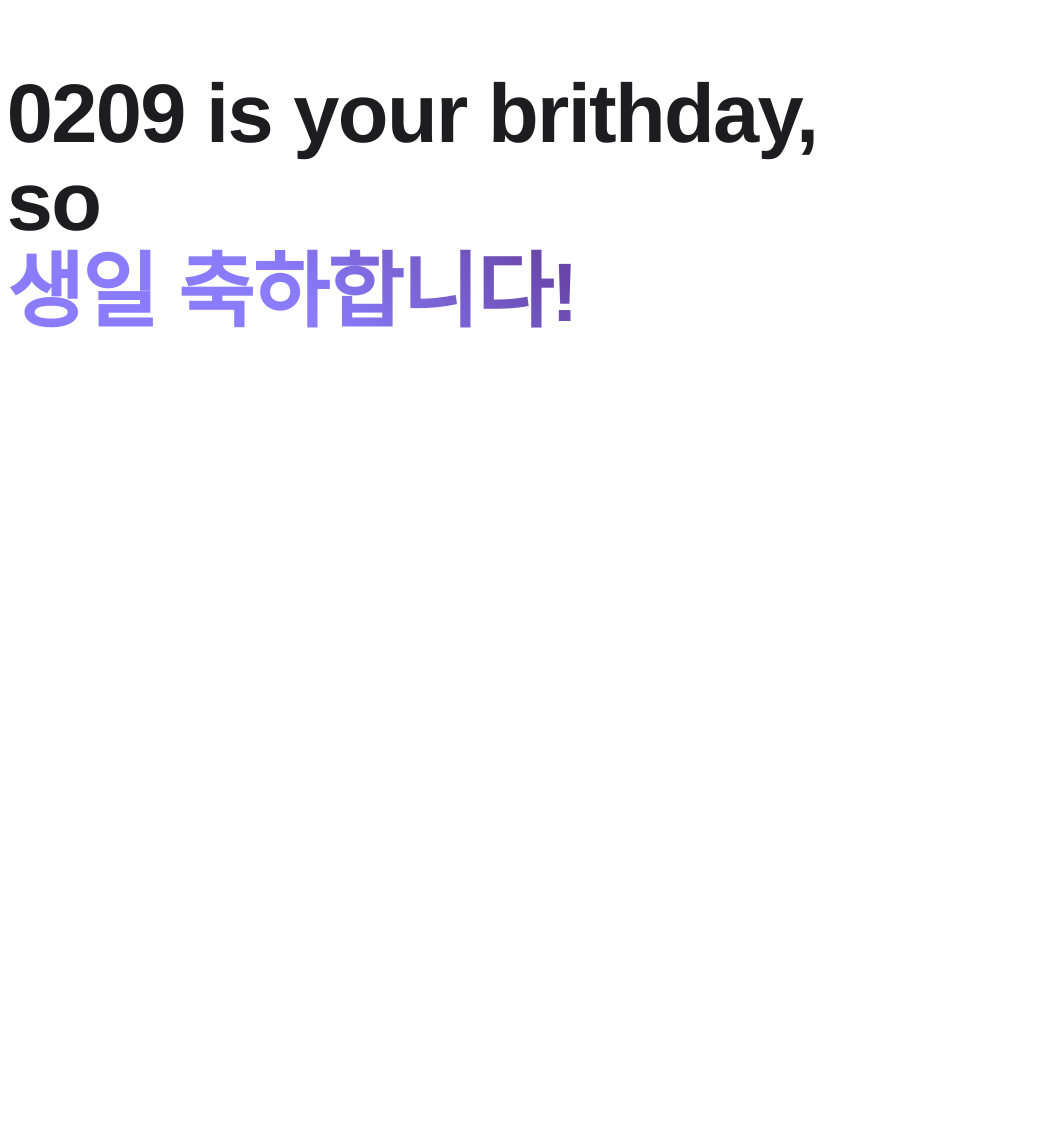
Repository: Caococos/02-09
Page: /
The author's editor kept a copy of each file at every save. The page is drawn from the files as they stood at one save, then again after the next save.
The browser window is 1280 px wide. The pictures show the whole page, at 83% of full size.
The project was rebuilt for these pictures with package versions that can differ from the ones it lists, and the page was loaded fresh each time. Also part of the build but not shown: vue.config.js.

Above is the page before, as saved 2021-06-11 22:41:17.

After the next save:
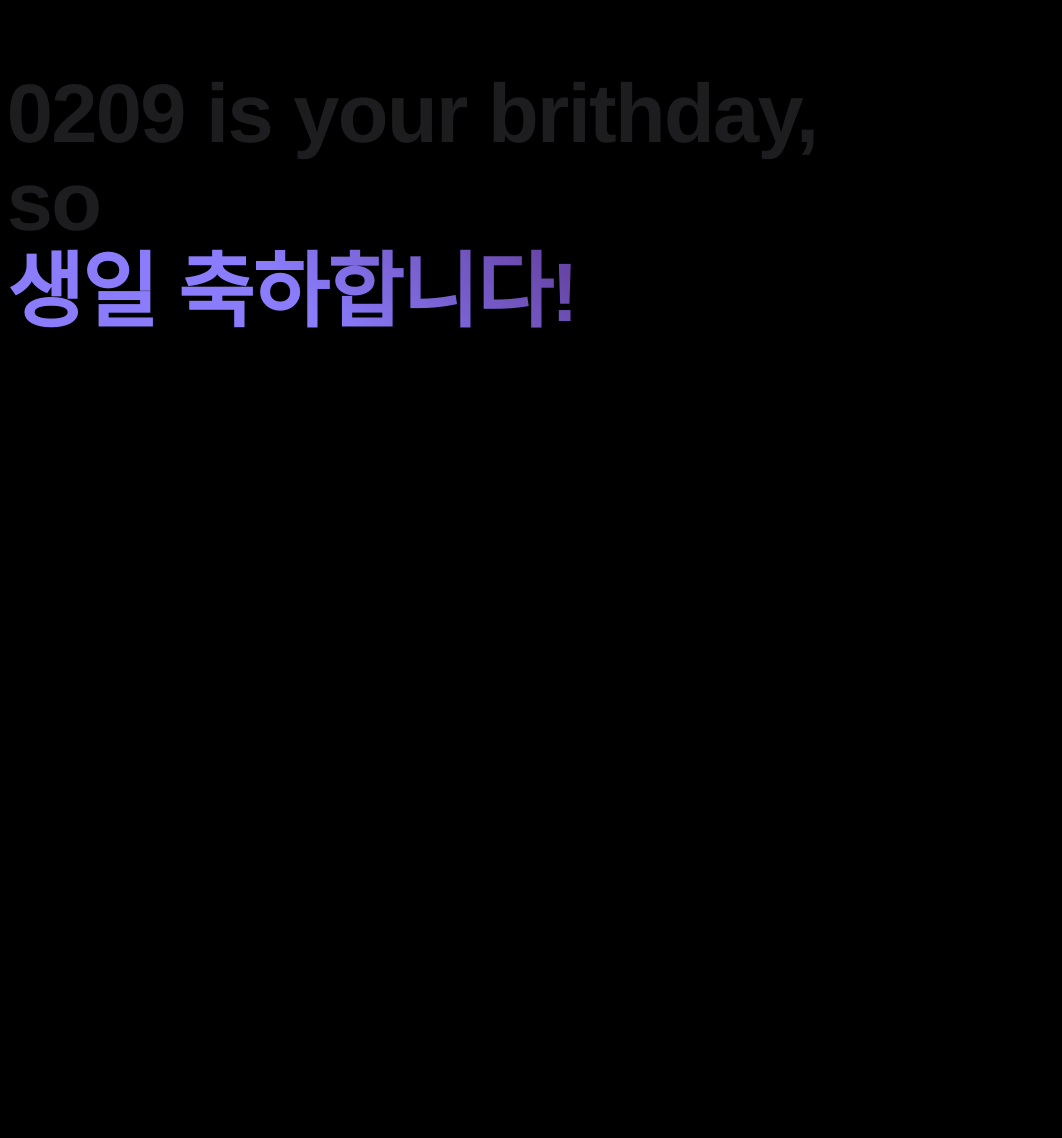
Saved 10 s later.
--- a/src/assets/css/index.css
+++ b/src/assets/css/index.css
@@ -4,5 +4,5 @@
 
 body {
   height: 100vw;
-  color: #000;
+  background-color: #000;
 }
